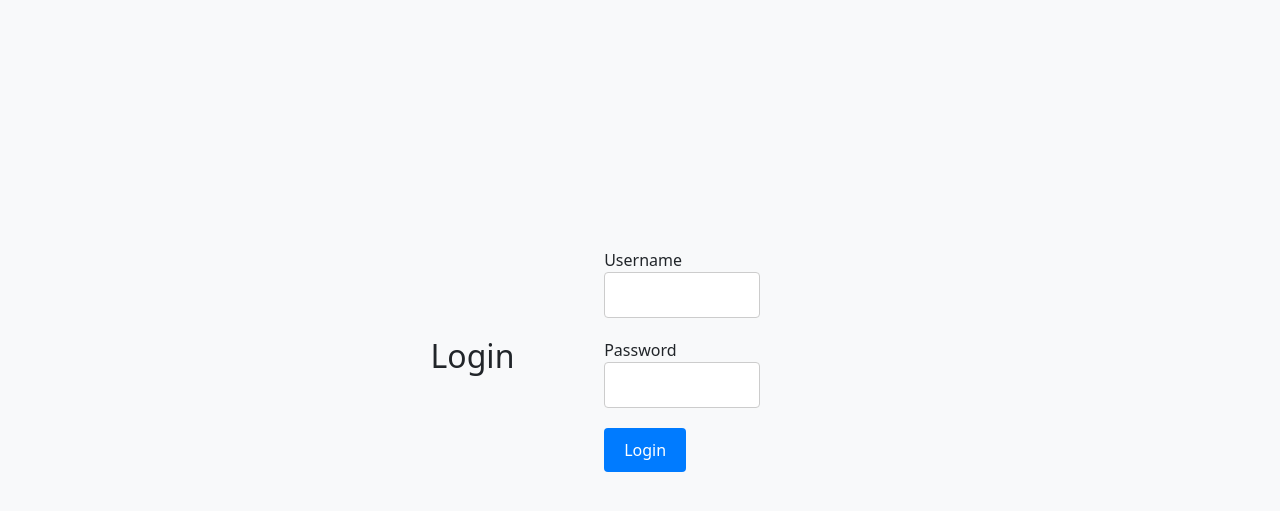
Repository: gabrielwodtke282/PetShop-fofinhos
Page: front-end/index.html
The author's editor kept a copy of each file at every save. The page is drawn from the files as they stood at one save, then again after the next save.
The browser window is 1280 px wide. The pictures show the whole page.

Above is the page before, as saved 2026-03-23 10:03:32.

### front-end/index.html
<!DOCTYPE html>
<html lang="pt-BR">

<head>
    <meta charset="UTF-8">
    <meta name="viewport" content="width=device-width, initial-scale=1.0">
    <title>Fofinhos Petshop</title>
    <link href="styles.css" rel="stylesheet">
    <link href="https://cdn.jsdelivr.net/npm/bootstrap@5.3.8/dist/css/bootstrap.min.css" rel="stylesheet">
</head>

<body class="bg-light">
    <div class="container d-flex justify-content-center align-items-center vh-100">
    <h2 class="text-center">Login</h2>
    <div class="row">
        <div class="col-md-6 offset-md-3">
            <form class="login-form">
                <div class="form-group">
                    <label for="username">Username</label>
                    <input type="text" id="username" name="username" required>
                </div>
                <div class="form-group">
                    <label for="password">Password</label>
                    <input type="password" id="password" name="password" required>
                </div>
                <button type="submit" class="btn btn-primary btn-block">Login</button>
            </form>
        </div>
    </div>
</div>
</body>

</html>

### front-end/styles.css
.login-form {
    max-width: 400px;
    margin: 0 auto;
}

.login-form input[type="text"],
.login-form input[type="password"] {
    width: 100%;
    padding: 10px;
    border: 1px solid #ccc;
    border-radius: 4px;
    box-sizing: border-box;
}

.login-form button {
    background-color: #007bff;
    color: #fff;
    padding: 10px 20px;
    border: none;
    border-radius: 4px;
    cursor: pointer;
}

.login-form button:hover {
    background-color: #0056b3;
}

.login-form .form-group {
    margin-bottom: 20px;
}

After the next save:
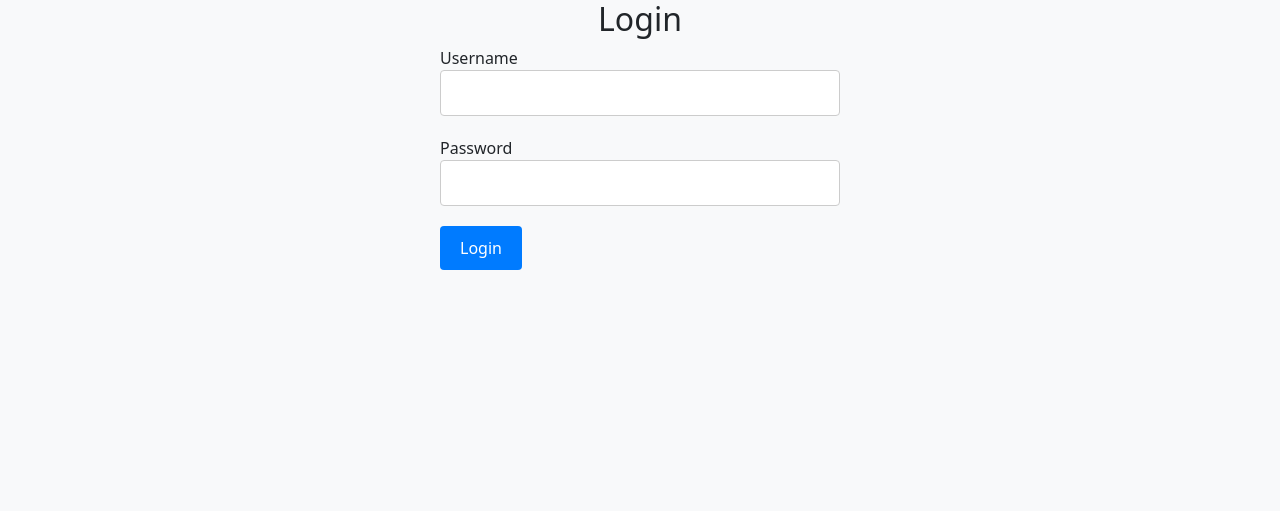
Saved 9 s later.
--- a/front-end/index.html
+++ b/front-end/index.html
@@ -10,7 +10,7 @@
 </head>
 
 <body class="bg-light">
-    <div class="container d-flex justify-content-center align-items-center vh-100">
+    <div class="container mt-24">
     <h2 class="text-center">Login</h2>
     <div class="row">
         <div class="col-md-6 offset-md-3">
